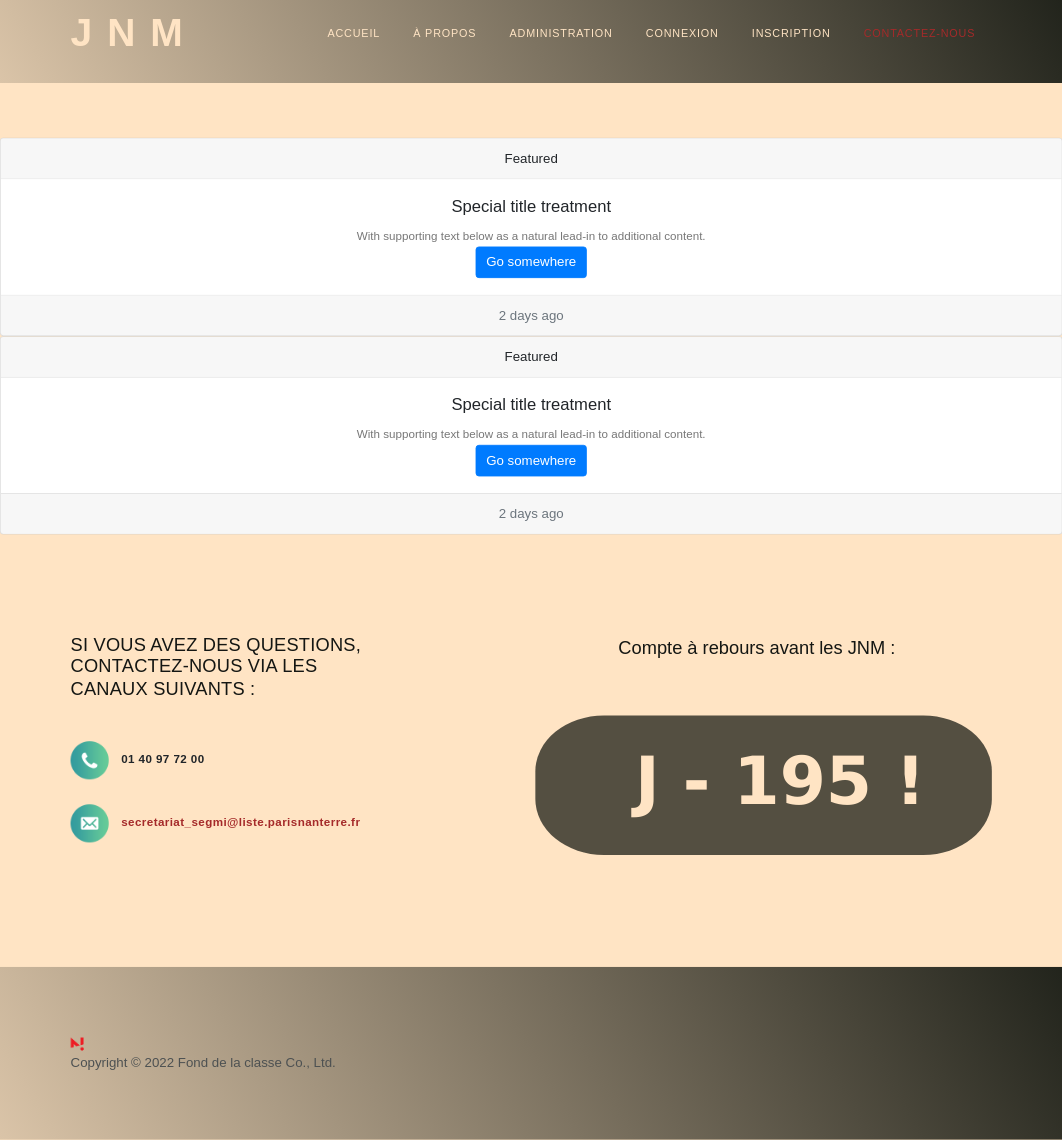
Repository: RiadNadri/ProjetWeb2022
Page: templates/Admin/admin.html.twig
The author's editor kept a copy of each file at every save. The page is drawn from the files as they stood at one save, then again after the next save.
The browser window is 1280 px wide. The pictures show the whole page, at 83% of full size.
Some web fonts or font styles are not loaded; a fallback is used. The page is a Twig template of a Symfony application; nobody is signed in and links lead nowhere. The template is opened directly, without the code that normally fills it, so the values that code supplies are empty.

Above is the page before, as saved 2022-12-24 17:16:51.

### templates/Admin/admin.html.twig
{% extends 'base.html.twig' %}

{% block title %} Administration {% endblock %}


{% block body %}

<style>
    .buttonUser{
        margin-top: 0%;
        margin-bottom: 10%;
        margin-left: 25%;
    }
    .buttonPartenaire{
        margin-left:35%;
        font-size: xx-large;
    }
</style>

<div class="buttonUser">
    <div class="btn btn-light" >
        <a href="{{path('app_user')}}">Utilisateurs</a>
    </div>
    <div class="btn btn-light" >
        <a  href="{{path('app_partenaire')}}">Partenaires</a>
    </div>
</div>

<div class="card text-center">
  <div class="card-header">
    Featured
  </div>
  <div class="card-body">
    <h5 class="card-title">Special title treatment</h5>
    <p class="card-text">With supporting text below as a natural lead-in to additional content.</p>
    <a href="#" class="btn btn-primary">Go somewhere</a>
  </div>
  <div class="card-footer text-muted">
    2 days ago
  </div>
</div>

<div class="card text-center">
  <div class="card-header">
    Featured
  </div>
  <div class="card-body">
    <h5 class="card-title">Special title treatment</h5>
    <p class="card-text">With supporting text below as a natural lead-in to additional content.</p>
    <a href="#" class="btn btn-primary">Go somewhere</a>
  </div>
  <div class="card-footer text-muted">
    2 days ago
  </div>
</div>
{% endblock %}

### templates/base.html.twig
<!DOCTYPE html>
<html>
    <head>
        <meta charset="UTF-8">
        <title>{% block title %}{% endblock %} - JNM</title>
        <meta name="viewport" content="width=device-width, initial-scale=1, shrink-to-fit=no">
        <meta name="description" content="">
        <meta name="author" content="">
        <link href="https://fonts.googleapis.com/css?family=Raleway:100,200,300,400,500,600,700,800,900&display=swap" rel="stylesheet">
        <link rel="shortcut icon" type= "image/png" href="{{ asset('img/favicon.png')}}" />

        {# Run `composer require symfony/webpack-encore-bundle` to start using Symfony UX #}

        <link rel="stylesheet" href="{{ asset('assets/css/bootstrap.min.css')}}">
        <link rel="stylesheet" href="{{ asset('assets/css/templatemo-breezed (1).css')}}">

        {% block stylesheets %}{% endblock %}

        {% block javascripts %}{% endblock %}
    </head>
    <body>

        <header class="header-area header-sticky">
        <div class="container">
            <div class="row">
                <div class="col-12">
                    <nav class="main-nav">
                        <!-- ***** Logo Start ***** -->
                        <a href="{{path('app_accueil')}}" class="logo">
                            JNM
                        </a>
                        <!-- ***** Logo End ***** -->
                        <!-- ***** Menu Start ***** -->
                        <ul class="nav">
                            <li class="scroll-to-section"><a href="{{path('app_accueil')}}" >Accueil</a></li>
                            <li class="scroll-to-section"><a href="#about">À propos</a></li>
                            <li class="scroll-to-section"><a href="{{path('app_admin')}}">Administration</a></li>
                            <li class="scroll-to-section"><a href="{{path('app_connexion')}}">Connexion</a></li>
                            {% if app.user %}
                                <li class="scroll-to-section"><a href="#réservation">Réservation</a></li>
                                <li class="scroll-to-section"><a href="{{path('app_profil')}}">Mon profil</a></li>
                                <li class="scroll-to-section"><a href="{{path('app_deconnexion')}}">Deconnexion</a></li>
                            {% else %}
                                <li class="scroll-to-section"><a href="{{path('app_inscription')}}">Inscription</a></li>
                            {% endif %}
                            <li class="scroll-to-section"><a href="#contact-us" class="active">Contactez-Nous</a></li>


                        </ul>

                        <!-- ***** Menu End ***** -->
                    </nav>
                </div>
            </div>
        </div>
    </header>

    {% block body %}
    <section class="section" id="about">
        <div class="container">
            <div class="row">
                <div class="col-lg-6 col-md-6 col-xs-12">
                    <div class="left-text-content">
                        <div class="section-heading">
                            <h6>À propos des Journées Nationales de la MIAGE</h6>
                            <h2>Certains de nos partenaires</h2>
                        </div>
                        <div class="row">
                            <div class="col-md-6 col-sm-6">
                                <div class="service-item">
                                    <a href="https://pepsi.fr/" rel ="nofollow noopener" target="_blank"> <img src="{{ asset('img/Pepsi-Logo-PNG-Pic.png')}}" alt=""> </a>
                                    <h4><a rel="nofollow noopener" href="https://pepsi.fr/" target="_blank">Pepsi</a></h4>
                                </div>
                            </div>
                            <div class="col-md-6 col-sm-6">
                                <div class="service-item">
                                    <a href="https://www.beinsports.com/france/" rel ="nofollow noopener" target="_blank"> <img src="{{ asset('img/Bein_sport_logo.png')}}" alt=""> </a>
                                    <h4><a rel="nofollow noopener" href="https://www.beinsports.com/france/" target="_blank">BeIn Sport</a></h4>
                                </div>
                            </div>
                            <div class="col-md-6 col-sm-6">
                                <div class="service-item">
                                    <a href="https://www.canalplus.com/" rel ="nofollow noopener" target="_blank"> <img src="{{ asset('img/canal-logo-png-transparent.png')}}" alt=""> </a>
                                    <h4><a rel="nofollow noopener" href="https://www.canalplus.com/" target="_blank">Canal +</a></h4>
                                </div>
                            </div>
                            <div class="col-md-6 col-sm-6">
                                <div class="service-item">
                                    <a href="https://www.wwf.fr/" rel ="nofollow noopener" target="_blank"> <img src="{{ asset('img/panda.png')}}" alt=""> </a>
                                    <h4><a rel="nofollow noopener" href="https://www.wwf.fr/" target="_blank">WWF</a></h4>
                                </div>
                            </div>
                            <div class="col-md-12">
                                <a href="#" class="main-button-icon">
                                    En savoir plus
                                </a>
                            </div>
                        </div>
                    </div>
                </div>
                <div class="col-lg-6 col-md-6 col-xs-12">
                    <div class="right-text-content">
                        <p>Les Journées Nationales de la Miage sont organisées par <a rel="nofollow noopener" href="https://www.parisnanterre.fr/" target="_blank">L'Université Paris Nanterre</a> en 2023.
                        <br><br>Du 01/06/2023 au 04/06/2023 venez participer aux Journées Nationales de la MIAGE aux portes de Paris sur le campus de Nanterre. Retrouvez-y toutes les MIAGE de France pour partager un bon moment.
                      <br><br>Prenez part aux différentes activités et profitez-en pour élargir votre réseau miagiste !</p>
                    </div>
                </div>
            </div>
        </div>
    </section>

    <section class="section" id="features">
        <div class="container">
            <div class="row">
                <div class="col-lg-4 col-md-6 col-sm-12 col-xs-12" data-scroll-reveal="enter left move 30px over 0.6s after 0.4s">
                    <div class="features-item">
                        <div class="features-icon">
                            <img src="{{ asset('img/Icone.png')}}" height="30px" width="30px" alt="">
                        </div>
                        <div class="features-content">
                            <h4>Le campus de Nanterre</h4>
                            <p>Situé à proximité du quartier d'affaires da La Défense, le campus de Nanterre s'étend sur 30 hectares.<br> Chaque année, il accueille plus de 40 000 étudiants et met à leur disposition divers types d'infrastructures permettant de pratiquer des activités sportives et culturelles !</p>
                            <a href="https://www.parisnanterre.fr/" target="_blank" class="text-button-icon">
                                En savoir plus
                            </a>
                        </div>
                    </div>
                </div>
                <div class="col-lg-4 col-md-6 col-sm-12 col-xs-12" data-scroll-reveal="enter bottom move 30px over 0.6s after 0.4s">
                    <div class="features-item">
                        <div class="features-icon">
                            <img src="{{ asset('img/miage.png')}}" height="30px" width="30px" alt="">
                        </div>
                        <div class="features-content">
                            <h4>La Miage de Nanterre</h4>
                            <p>Intégrée au sein de l'Unité de Formation et de Recherche
                                <a href="https://ufr-segmi.parisnanterre.fr/" rel="nofollow noopener" target="_blank">
                                SEGMI
                                </a> au bâtiment Allais (G), la MIAGE de Nanterre</p>
                            <a href="https://miage.parisnanterre.fr/" class="text-button-icon">
                                En savoir plus
                            </a>
                        </div>
                    </div>
                </div>
                <div class="col-lg-4 col-md-6 col-sm-12 col-xs-12" data-scroll-reveal="enter right move 30px over 0.6s after 0.4s">
                    <div class="features-item">
                        <div class="features-icon">
                            <img src="{{ asset('img/eiffel.png')}}" height="50px" width="50px"alt="">
                        </div>
                        <div class="features-content">
                            <h4>Le séjour à Paris</h4>
                            <p>Vous pourrez profiter d'ếtre aux portes de Paris pour visiter la capitale. La ligne du RER A vous permettra de rejoindre le centre-ville en moins de 30 minutes.<br> Allez explorer le 1er arrondissement riche en culture, ou manger dans l'un des 18 000 restaurants parisiens !</p>
                            <a href="https://www.parisinfo.com/visiter-a-paris" class="text-button-icon">
                                En savoir plus
                            </a>
                        </div>
                    </div>
                </div>
            </div>
        </div>
    </section>
    {% endblock %}


    <!-- ***** Contact Us Area Starts ***** -->
    <section class="section" id="contact-us">
        <div class="container">
            <div class="row">
                <div class="col-lg-4 col-md-4 col-xs-12">
                    <div class="left-text-content">
                        <div class="section-heading">
                            <h6>Si vous avez des questions, Contactez-nous via les canaux suivants :</h6>
                        </div>
                        <ul class="contact-info">
                            <li><img src="{{ asset('img/contact-info-01.png')}}" alt="">01 40 97 72 00</li>
                            <li><img src="{{ asset('img/contact-info-02.png')}}" alt=""><a href="mailto:secretariat_segmi@liste.parisnanterre.fr">secretariat_segmi@liste.parisnanterre.fr</a></li>
                        </ul>
                    </div>
                </div>

                <div class="col-lg-8 col-md-6 col-xs-12">
                    <div class="section-heading">
                        <h7>Compte à rebours avant les JNM :</h7>
                    </div>
                    <div class="cpt">

                        <label id="Compte"></label>
                            <script type="text/javascript" >
                                var Affiche=document.getElementById("Compte");
                                function Rebour() {
                                 var date1 = new Date();
                                 var date2 = new Date ("Jun 1, 2023 00:00:00");
                                 var sec = (date2 - date1) / 1000;
                                 var n = 24 * 3600;
                                 if (sec > 0) {
                                        j = Math.floor (sec / n);
                                        Affiche.innerHTML = "J - " + j + " !";
                                 }
                                 tRebour=setTimeout ("Rebour();", 1000);
                                }
                             Rebour();
                            </script>

                    </div>
                </div>

            </div>
        </div>
    </section>


    </body>


    <!-- ***** Footer Start ***** -->
    <footer>
        <div class="container">
            <div class="row">
                <div class="col-lg-6 col-xs-12">
                    <div class="left-text-content">
                        <a rel="nofollow noopener" href="https://www.parisnanterre.fr/" target="_blank"><img src="{{ asset('img/Icone.png')}}" alt=""><br>Copyright &copy; 2022 Fond de la classe Co., Ltd. </a>
                    </div>
                </div>

            </div>
        </div>
    </footer>
</html>

Loaded but not shown: public/assets/css/bootstrap.min.css (library); public/assets/css/templatemo-breezed (1).css (908 lines, source omitted)

After the next save:
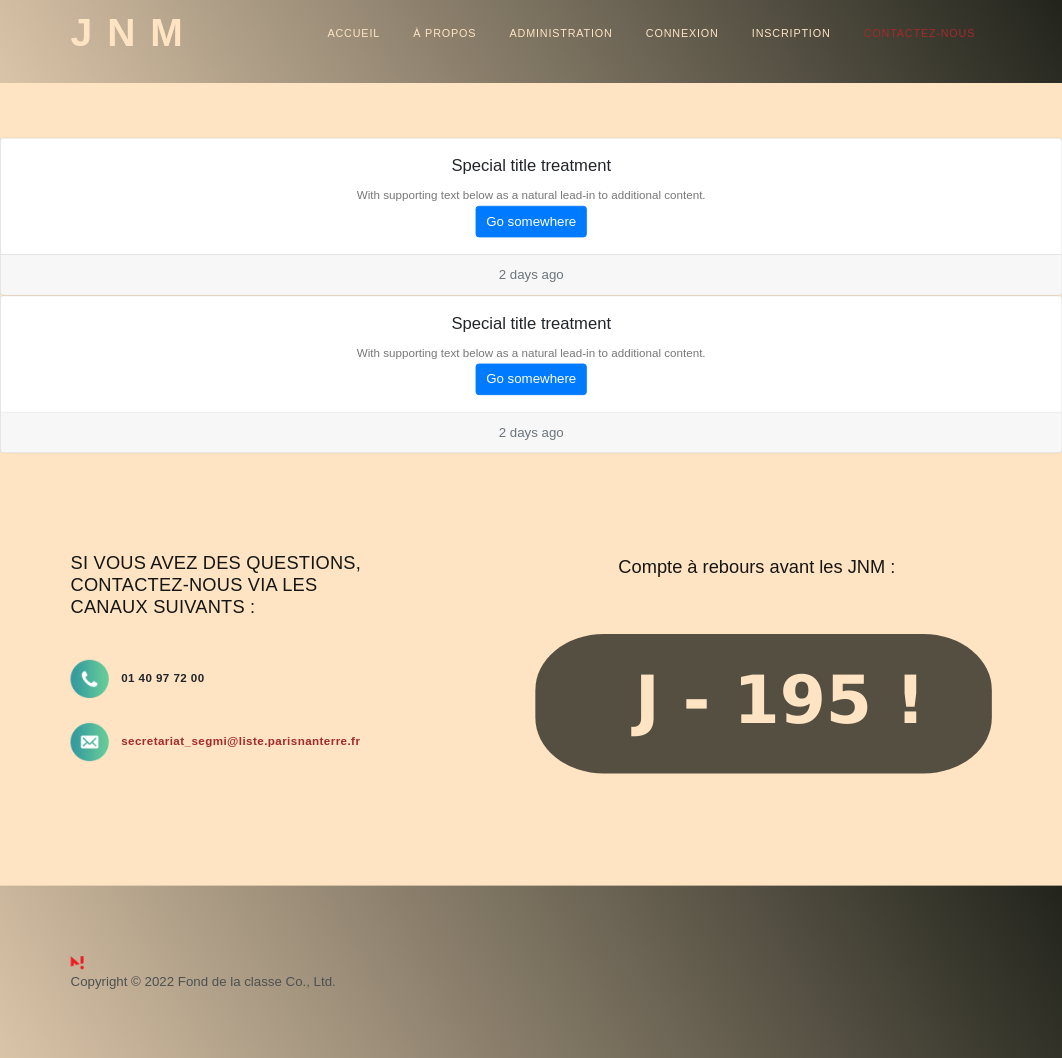
Saved 29 s later.
--- a/templates/Admin/admin.html.twig
+++ b/templates/Admin/admin.html.twig
@@ -27,9 +27,6 @@
 </div>
 
 <div class="card text-center">
-  <div class="card-header">
-    Featured
-  </div>
   <div class="card-body">
     <h5 class="card-title">Special title treatment</h5>
     <p class="card-text">With supporting text below as a natural lead-in to additional content.</p>
@@ -41,9 +38,7 @@
 </div>
 
 <div class="card text-center">
-  <div class="card-header">
-    Featured
-  </div>
+
   <div class="card-body">
     <h5 class="card-title">Special title treatment</h5>
     <p class="card-text">With supporting text below as a natural lead-in to additional content.</p>
